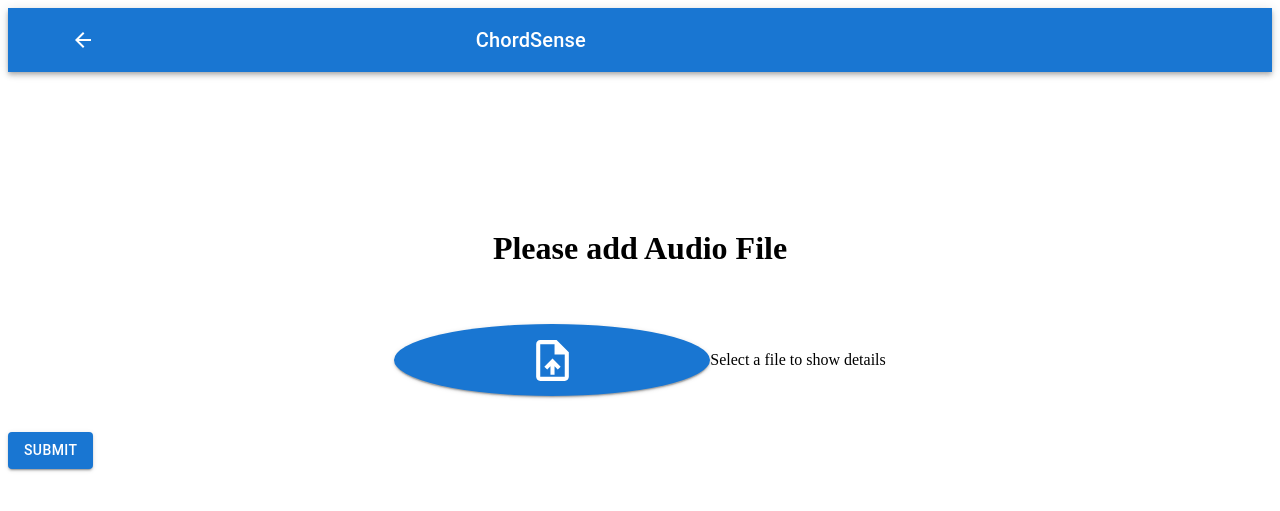
Repository: shamu332/ChordSense
Page: / (app in ui/)
The author's editor kept a copy of each file at every save. The page is drawn from the files as they stood at one save, then again after the next save.
The browser window is 1280 px wide. The pictures show the whole page.
The project was rebuilt for these pictures with package versions that can differ from the ones it lists, and the page was loaded fresh each time. Also part of the build but not shown: ui/src/pages/Results.js.

Above is the page before, as saved 2023-03-11 15:19:26.

### ui/src/index.js

import React from "react";
import ReactDOM from "react-dom";
import { BrowserRouter as Router, Routes, Route } from "react-router-dom";
import Results from "./pages/Results";
import Landing from "./pages/Landing";

ReactDOM.render(
  <>
    <Router>
      <Routes>
        <Route path="/" element={<Landing />} />
        <Route path="/results" element={<Results />} />
      </Routes>
    </Router>
  </>,
  document.getElementById("root")
);

### ui/src/pages/Landing.js
import React, { useState, ChangeEvent } from "react";
import Header from "../Header";
import CircularProgress from "@mui/material/CircularProgress";
import UploadFileIcon from '@mui/icons-material/UploadFile';
import Button from '@mui/material/Button';
import { useNavigate } from "react-router-dom";

function Scanner() {
  const [loader, setLoader] = useState(false);
  const [selectedFile, setSelectedFile] = useState();
  const [isFilePicked, setIsFilePicked] = useState(false);
  let navigate = useNavigate();

  function toggleLoader() {
    setLoader(!loader);
  }


const changeHandler = (event) => {
	setSelectedFile(event.target.files[0]);
	setIsFilePicked(true);
};

const handleSubmission = () => {
};


  return (
    <>
      <Header />
      <div
        style={{
          display: "flex",
          justifyContent: "center",
          alignItems: "flex-end",
          height: "30vh",
        }}
      >
        <h1>
            Please add Audio File
        </h1>
      </div>
      {loader ? (
        <div
          style={{
            display: "flex",
            justifyContent: "center",
            alignItems: "center",
            height: "30vh",
          }}
        >
          <CircularProgress />
        </div>
      ) : (
        <>
          <div
            style={{
              display: "flex",
              justifyContent: "center",
              alignItems: "center",
              height:"20vh",
            }}
          >
            <Button
             type="file" name="file"
             onChange={changeHandler}
             variant="contained"
             style={{
                 width: '25%',
                 height: '50%',
                 borderRadius: '50%'}}>
                <UploadFileIcon
                style={{
                    fontSize: "350%"
                }}></UploadFileIcon>
                </Button>
                {isFilePicked ? (
                    <div
                    style ={{
                        position:'absolute',
                        top: '20%'
                    }}>
                        <p>Filename: {selectedFile.name}</p>
                        <p>Filetype: {selectedFile.type}</p>
                        <p>Size in bytes: {selectedFile.size}</p>
                        <p>
                            lastModifiedDate:{' '}
                            {selectedFile.lastModifiedDate.toLocaleDateString()}
                        </p>
                    </div>
                ) : (
                    <p>Select a file to show details</p>
                )}
          </div>
          <div
            style={{
              display: "flex",
            }}
          >
            <Button
              onClick={handleSubmission}
              variant="contained"
            >
              Submit
            </Button>
          </div>
        </>
      )}
    </>
  );
}

export default Scanner;

### ui/src/Header.js
import * as React from "react";
import AppBar from "@mui/material/AppBar";
import Box from "@mui/material/Box";
import Toolbar from "@mui/material/Toolbar";
import Typography from "@mui/material/Typography";
import IconButton from "@mui/material/IconButton";
import ArrowBackIcon from "@mui/icons-material/ArrowBack";
import { useNavigate } from "react-router-dom";

export default function Header() {
  const navigate = useNavigate();
  return (
    <Box sx={{ flexGrow: 1 }}>
      <AppBar position="static">
        <Toolbar>
          <IconButton
            size="large"
            edge="start"
            color="inherit"
            aria-label="menu"
            sx={{ mr: 2 }}
          ></IconButton>
          <ArrowBackIcon
            onClick={() => navigate(-1)}
            sx={{ position: "absolute", left: "5%" }}
          />
          <Typography
            variant="h6"
            component="div"
            sx={{ flexGrow: 1, position: "absolute", left: "37%" }}
          >
            ChordSense
          </Typography>
        </Toolbar>
      </AppBar>
    </Box>
  );
}

Loaded but not shown: ui/public/index.html (common file)

After the next save:
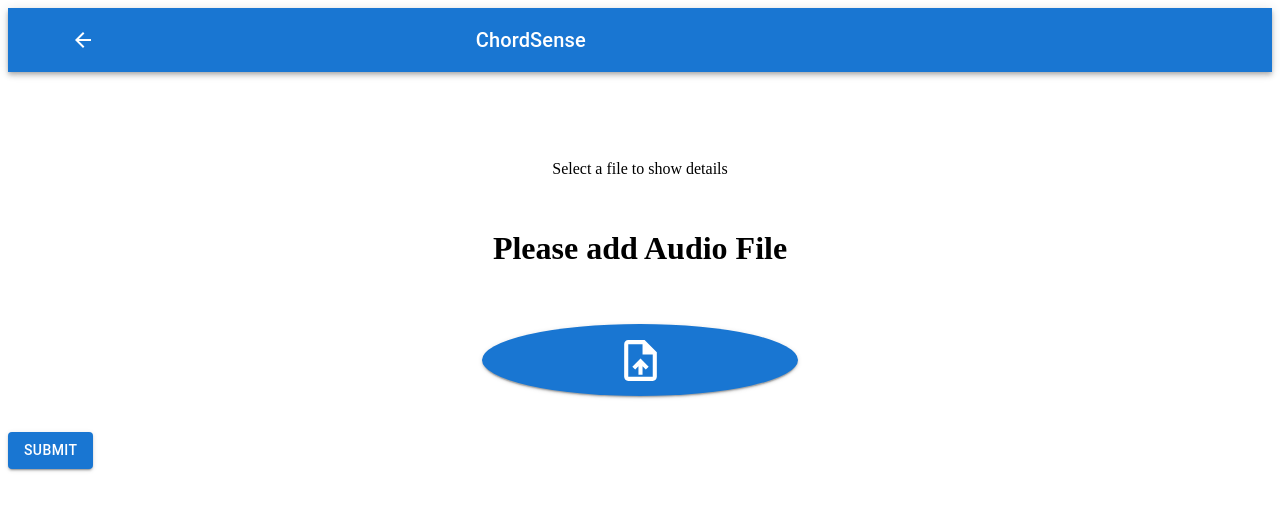
Saved 37 s later.
--- a/ui/src/pages/Landing.js
+++ b/ui/src/pages/Landing.js
@@ -75,11 +75,7 @@ const handleSubmission = () => {
                 }}></UploadFileIcon>
                 </Button>
                 {isFilePicked ? (
-                    <div
-                    style ={{
-                        position:'absolute',
-                        top: '20%'
-                    }}>
+                    <div>
                         <p>Filename: {selectedFile.name}</p>
                         <p>Filetype: {selectedFile.type}</p>
                         <p>Size in bytes: {selectedFile.size}</p>
@@ -89,7 +85,10 @@ const handleSubmission = () => {
                         </p>
                     </div>
                 ) : (
-                    <p>Select a file to show details</p>
+                    <p style ={{
+                        position:'absolute',
+                        top: '20%'
+                    }}>Select a file to show details</p>
                 )}
           </div>
           <div
